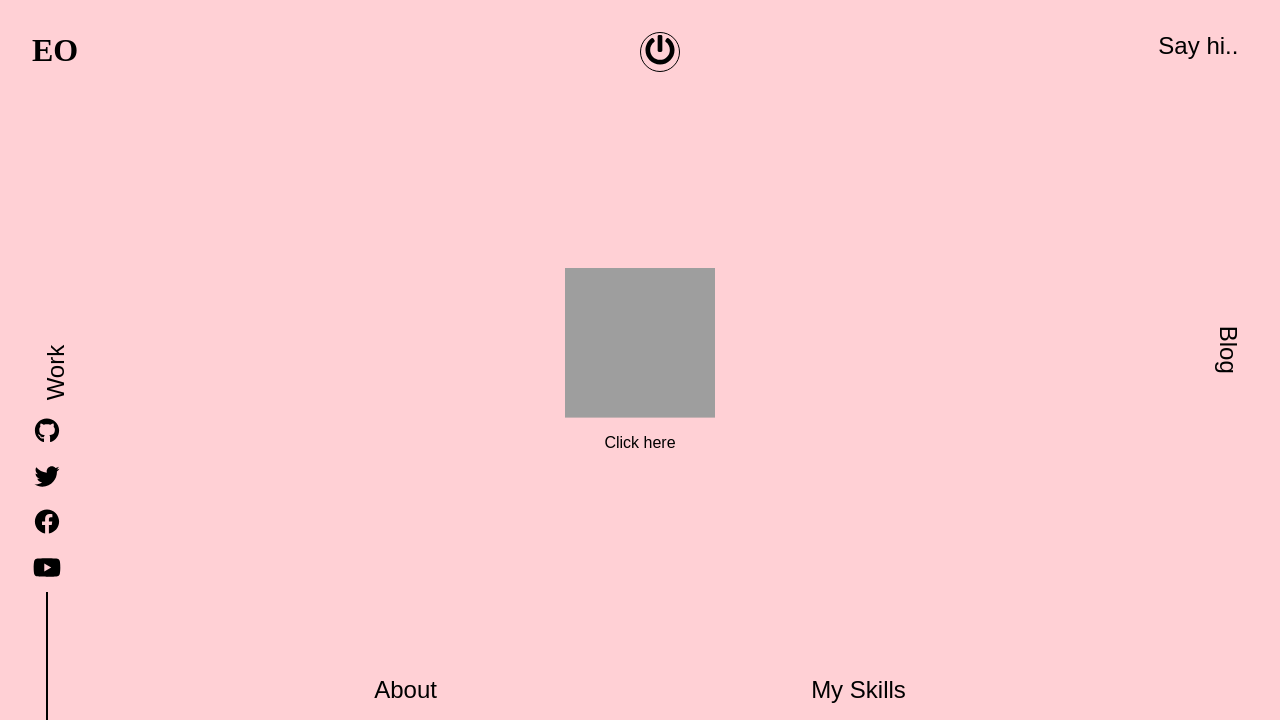
Repository: Deonorla/deon-dev
Page: /main
The author's editor kept a copy of each file at every save. The page is drawn from the files as they stood at one save, then again after the next save.
The browser window is 1280 px wide. The pictures show the whole page.
Pictures or frames that could not be fetched are drawn as grey boxes. The project was rebuilt for these pictures with package versions that can differ from the ones it lists, and the page was loaded fresh each time. The framework's server and built-in components were replaced by stand-ins that run in the browser. Also part of the build but not shown: next.config.ts.

Above is the page before, as saved 2025-05-28 15:41:42.

After the next save:
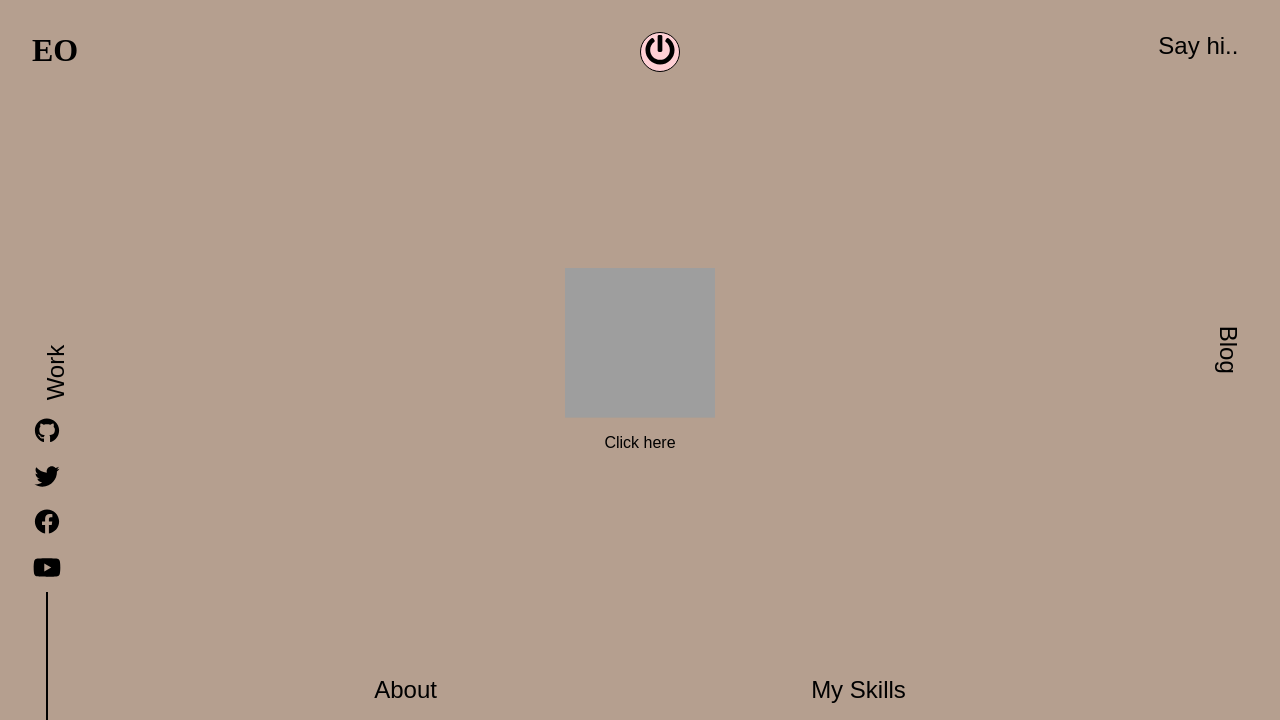
Saved 4 min 3 s later.
--- a/src/components/Minor/theme/Themes.ts
+++ b/src/components/Minor/theme/Themes.ts
@@ -7,7 +7,7 @@
 }
 
 export const lightTheme = {
-  body: "#FFD0D5",
+  body: "#B59F8F",
   text: "#000000",
   fontFamily: "'Source Sans Pro', sans-serif",
   bodyRgba: "252, 246, 244",
@@ -16,7 +16,7 @@
 
 export const darkTheme = {
   body: "#000000",
-  text: "#FFD0D5",
+  text: "#B59F8F",
   fontFamily: "'Source Sans Pro', sans-serif",
   bodyRgba: "0,0,0",
   textRgba: "252, 246, 244",
